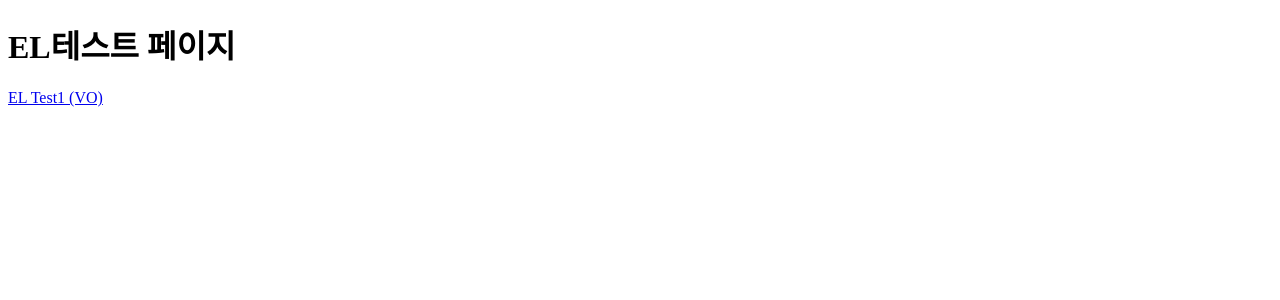
Repository: ajtwls1256/Web-workspace
Page: Day55-jspTag/WebContent/EL/jsp_EL.html
These files come from the project's save history. The page is drawn as it stood at one moment and after the next save; the edit follows.
The browser window is 1280 px wide. The pictures show the whole page.

Above is the page before, as saved 2019-10-14 01:43:58.

### Day55-jspTag/WebContent/EL/jsp_EL.html
<!DOCTYPE html>
<html>
<head>
<meta charset="UTF-8">
<title>Insert title here</title>
</head>
<body>
	<h1>EL테스트 페이지</h1>
	<a href="/jsp/ELServeltTest1">EL Test1 (VO)</a>
</body>
</html>

After the next save:
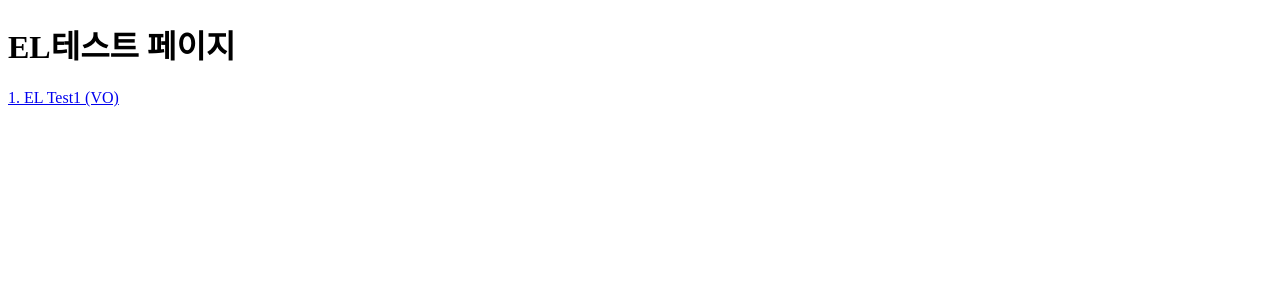
Saved 10 s later.
--- a/Day55-jspTag/WebContent/EL/jsp_EL.html
+++ b/Day55-jspTag/WebContent/EL/jsp_EL.html
@@ -6,6 +6,6 @@
 </head>
 <body>
 	<h1>EL테스트 페이지</h1>
-	<a href="/jsp/ELServeltTest1">EL Test1 (VO)</a>
+	<a href="/jsp/ELServeltTest1">1. EL Test1 (VO)</a>
 </body>
 </html>
